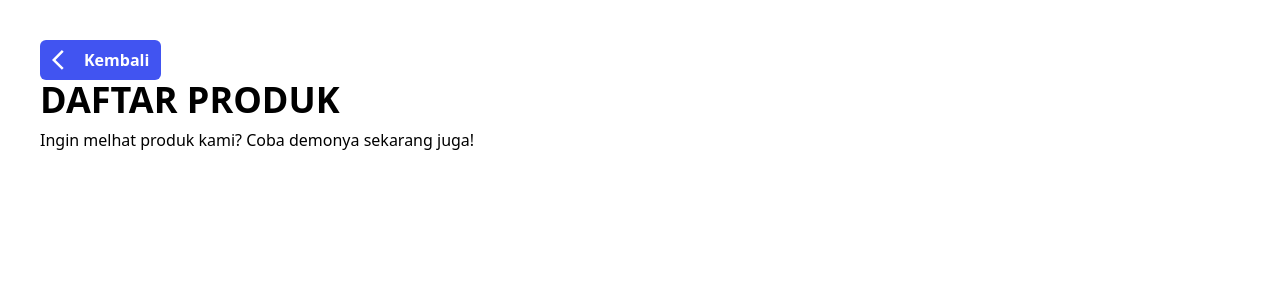
Repository: whytrno/sinovi-products
Page: /products
These files come from the project's save history. The page is drawn as it stood at one moment and after the next save; the edit follows.
The browser window is 1280 px wide. The pictures show the whole page.
The project was rebuilt for these pictures with package versions that can differ from the ones it lists, and the page was loaded fresh each time. The framework's server and built-in components were replaced by stand-ins that run in the browser. Also part of the build but not shown: next.config.js.

Above is the page before, as saved 2023-02-25 00:12:18.

### pages/products.js
import BackIcon from "@/components/Icon/BackIcon";
import Link from "next/link";

export default function Products() {
    return (
        <div className="p-10">
            <Link href="/" className="bg-[#4154F1] flex gap-5 items-center w-min whitespace-nowrap text-white rounded-md py-2 px-3">
                <BackIcon />
                <p className="text-md font-semibold">Kembali</p>
            </Link>

            <div className="space-y-2">
                <h1 className="text-4xl font-semibold">DAFTAR PRODUK</h1>
                <p className="text-md">Ingin melhat produk kami? Coba demonya sekarang juga!</p>
            </div>
        </div>
    )
}

### components/Icon/BackIcon.js
function BackIcon(props) {
    return (
        <svg
            width={12}
            height={20}
            fill="none"
            xmlns="http://www.w3.org/2000/svg"
            {...props}
        >
            <path
                d="M11.67 1.77L9.9 0 0 9.9l9.9 9.9 1.77-1.77L3.54 9.9l8.13-8.13z"
                fill="#fff"
            />
        </svg>
    );
}

export default BackIcon;

### tailwind.config.js
/** @type {import('tailwindcss').Config} */
module.exports = {
  content: [
    "./app/**/*.{js,ts,jsx,tsx}",
    "./pages/**/*.{js,ts,jsx,tsx}",
    "./components/**/*.{js,ts,jsx,tsx}"
  ],
  theme: {
    extend: {
      colors: {
        primary: "#03338D",
        secondary: "#4154F1",
        title: "#192A48",
        paragraph: "#444444"
      },
    },
    plugins: [],
  }
}

Loaded but not shown: pages/_app.js (common file); pages/_document.js (common file); styles/globals.css (common file)

After the next save:
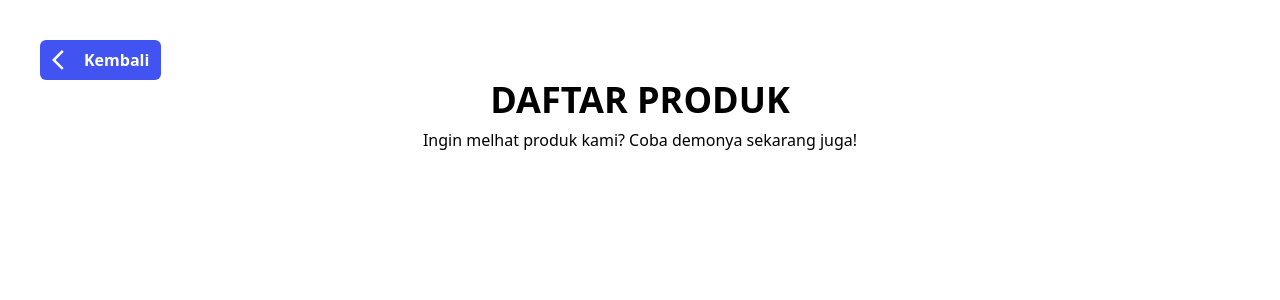
Saved 9 s later.
--- a/pages/products.js
+++ b/pages/products.js
@@ -9,7 +9,7 @@
                 <p className="text-md font-semibold">Kembali</p>
             </Link>
 
-            <div className="space-y-2">
+            <div className="space-y-2 text-center">
                 <h1 className="text-4xl font-semibold">DAFTAR PRODUK</h1>
                 <p className="text-md">Ingin melhat produk kami? Coba demonya sekarang juga!</p>
             </div>
